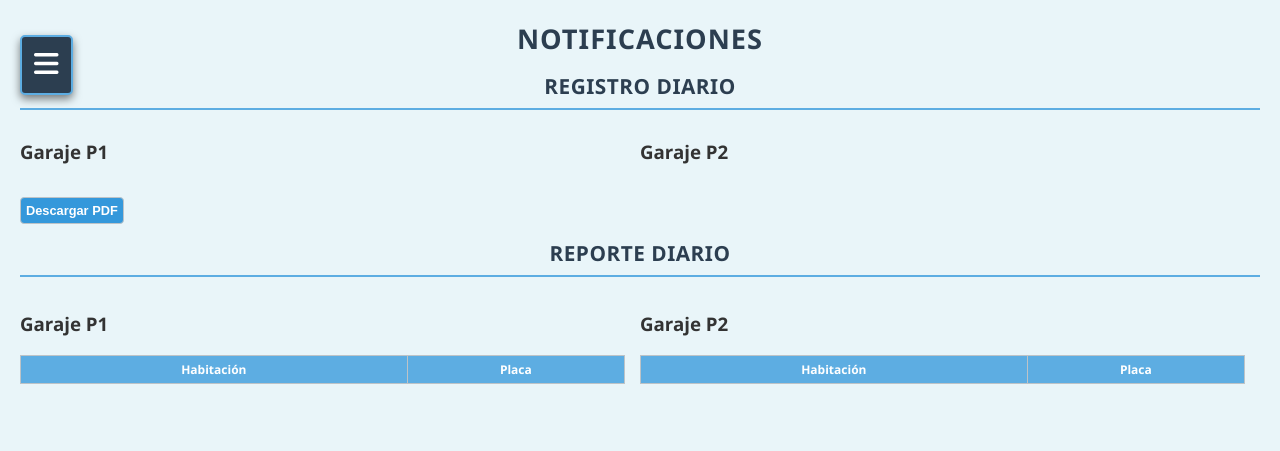
Repository: EddyWebz/base-datos
Page: privado/report.html
These files come from the project's save history. The page is drawn as it stood at one moment and after the next save; the edit follows.
The browser window is 1280 px wide. The pictures show the whole page.
The page's requests for data from a server got no answer.

Above is the page before, as saved 2024-09-02 19:28:26.

After the next save:
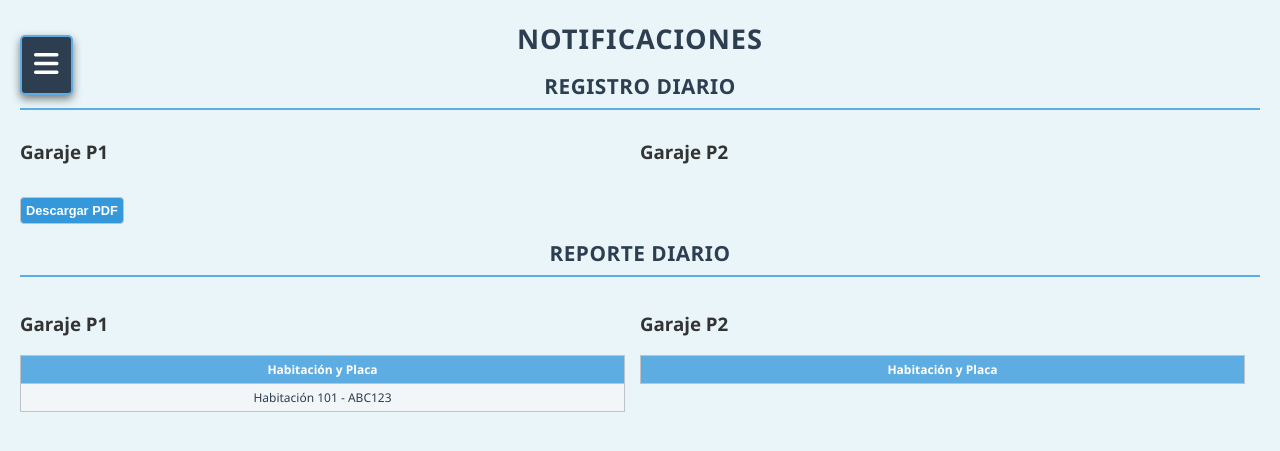
Saved 68 min 24 s later.
--- a/privado/report.html
+++ b/privado/report.html
@@ -64,12 +64,15 @@
             <table id="tabla-reporte-P1" class="compact-table">
                 <thead>
                     <tr>
-                        <th>Habitación</th>
-                        <th>Placa</th>
+                        <th>Habitación y Placa</th>
                     </tr>
                 </thead>
                 <tbody>
                     <!-- Las filas de datos se insertarán dinámicamente aquí -->
+                    <!-- Ejemplo de fila modificada -->
+                    <tr>
+                        <td data-id="1">Habitación 101 - ABC123</td>
+                    </tr>
                 </tbody>
             </table>
         </div>
@@ -79,8 +82,7 @@
             <table id="tabla-reporte-P2" class="compact-table">
                 <thead>
                     <tr>
-                        <th>Habitación</th>
-                        <th>Placa</th>
+                        <th>Habitación y Placa</th>
                     </tr>
                 </thead>
                 <tbody>
@@ -91,8 +93,6 @@
     </div>
 
     <!-- Vinculación al archivo JavaScript de notificaciones y reportes -->
-      <!-- Incluye el nuevo script drag.js -->
-<script src="/drag.js"></script> <!-- Ajusta la ruta según la ubicación de tu archivo -->
     <script src="/report.js"></script>
 </body>
 </html>
